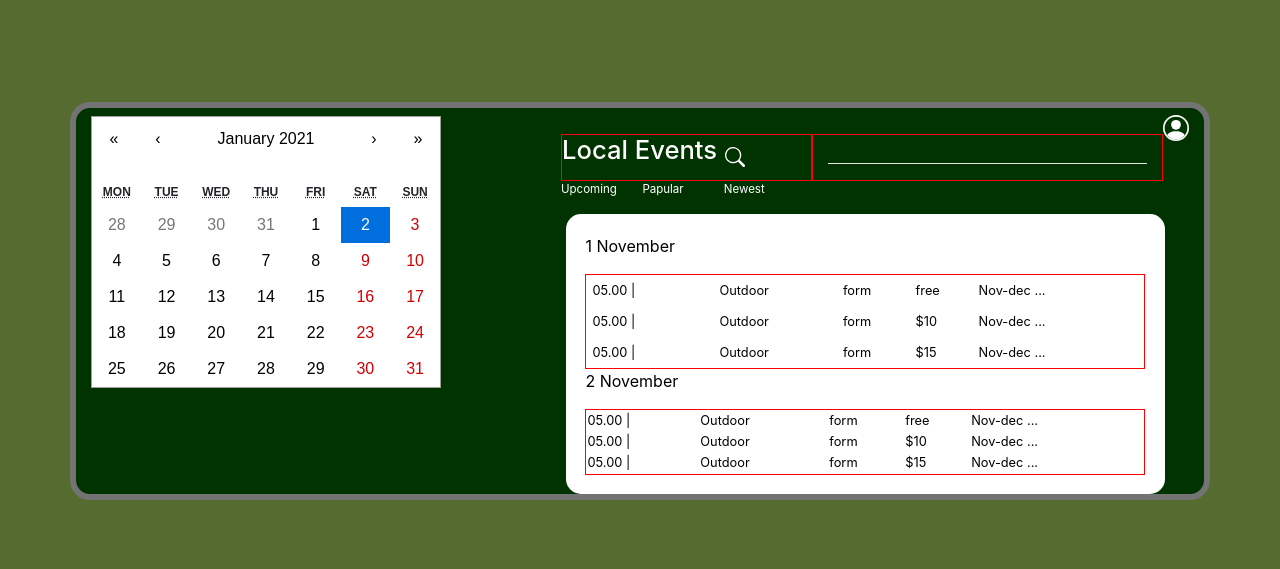
Repository: lalji-yadav/Calendar-code
Page: /
An editor plug-in stored every save of this project. The page is shown before and after the next save, followed by the edit.
The browser window is 1280 px wide. The pictures show the whole page.
The project was rebuilt for these pictures with package versions that can differ from the ones it lists, and the page was loaded fresh each time. Also part of the build but not shown: src/App.css.

Above is the page before, as saved 2021-01-04 11:15:31.

After the next save:
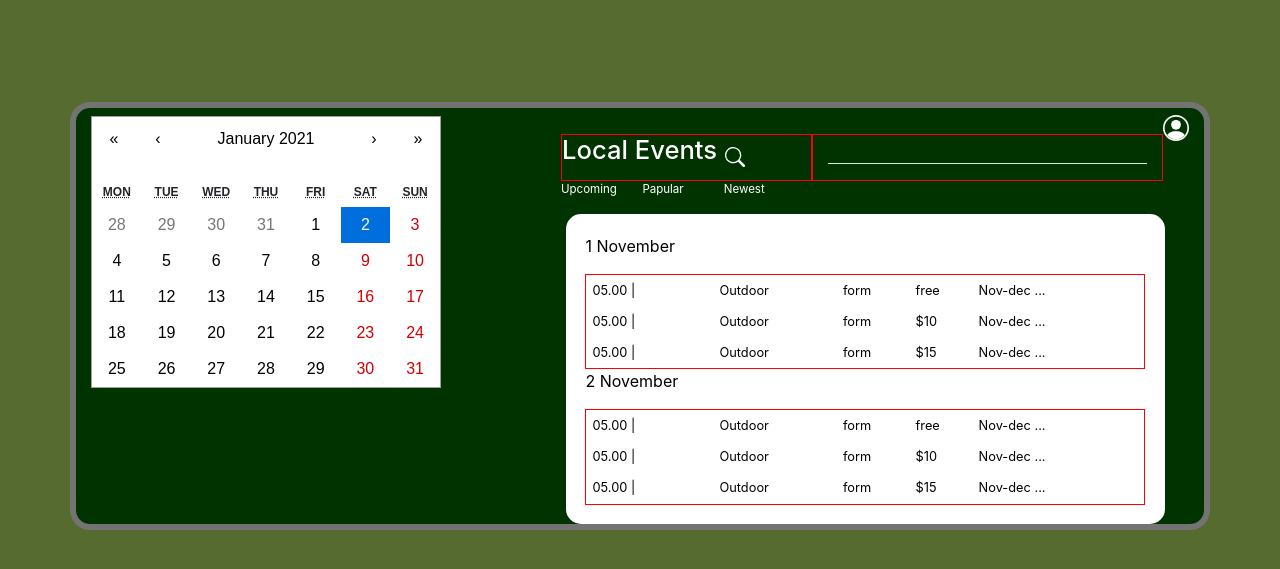
Saved 21 s later.
--- a/src/calendar/Home.js
+++ b/src/calendar/Home.js
@@ -87,21 +87,21 @@ function Home() {
 
                     <tbody>
                       <tr>
-                        <td>05.00 |</td>
+                        <td style={{padding:"6px"}}>05.00 |</td>
                         <td>Outdoor</td>
                         <td>form</td>
                         <td>free</td>
                         <td>Nov-dec ...</td>
                       </tr>
                       <tr>
-                        <td>05.00 |</td>
+                        <td style={{padding:"6px"}}>05.00 |</td>
                         <td>Outdoor</td>
                         <td>form</td>
                         <td>$10</td>
                         <td>Nov-dec ...</td>
                       </tr>
                       <tr>
-                        <td>05.00 |</td>
+                        <td style={{padding:"6px"}}>05.00 |</td>
                         <td>Outdoor</td>
                         <td>form</td>
                         <td>$15</td>
